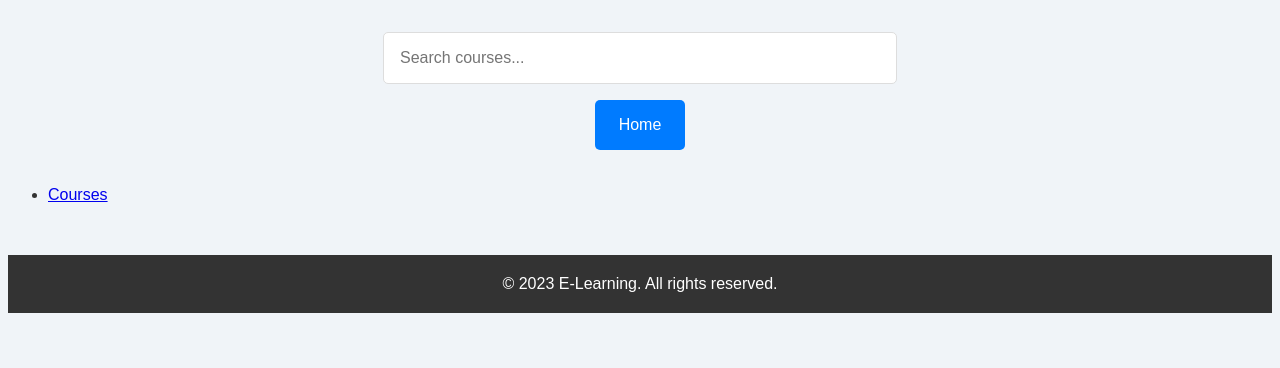
Repository: Syed1818/project
Page: courses.html
These files come from the project's save history. The page is drawn as it stood at one moment and after the next save; the edit follows.
The browser window is 1280 px wide. The pictures show the whole page.

Above is the page before, as saved 2024-12-02 21:09:32.

After the next save:
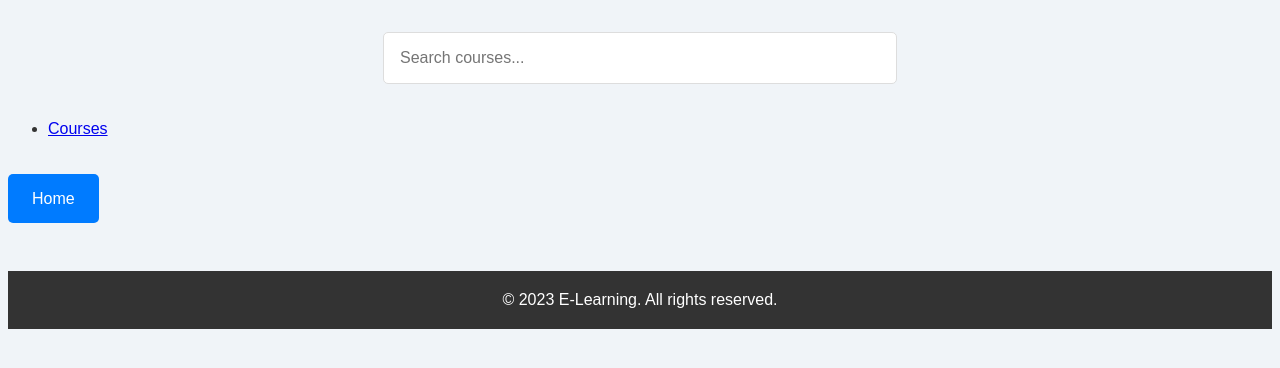
Saved 81 s later.
--- a/courses.html
+++ b/courses.html
@@ -97,12 +97,12 @@
 <body>
     <div class="search-container">
         <input type="text" placeholder="Search courses...">
-        <a href="index.html" class="home-button">Home</a> <!-- Button linking to the home page -->
     </div>
     <nav>
         <ul>
             <li><a href="courses.php">Courses</a></li>
         </ul>
+        <a href="index.html" class="home-button">Home</a>
     <footer>
         &copy; 2023 E-Learning. All rights reserved.
     </footer>
